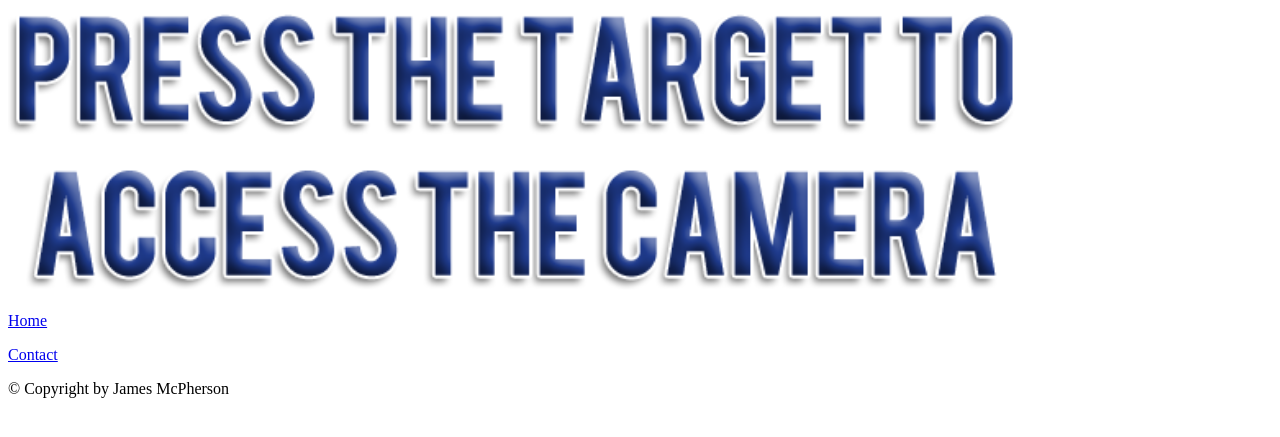
Repository: jemcphe/MDF3
Page: Week4 Project/Pictcha2/assets/www/index.html
These files come from the project's save history. The page is drawn as it stood at one moment and after the next save; the edit follows.
The browser window is 1280 px wide. The pictures show the whole page.

Above is the page before, as saved 2013-07-31 03:58:47.

After the next save:
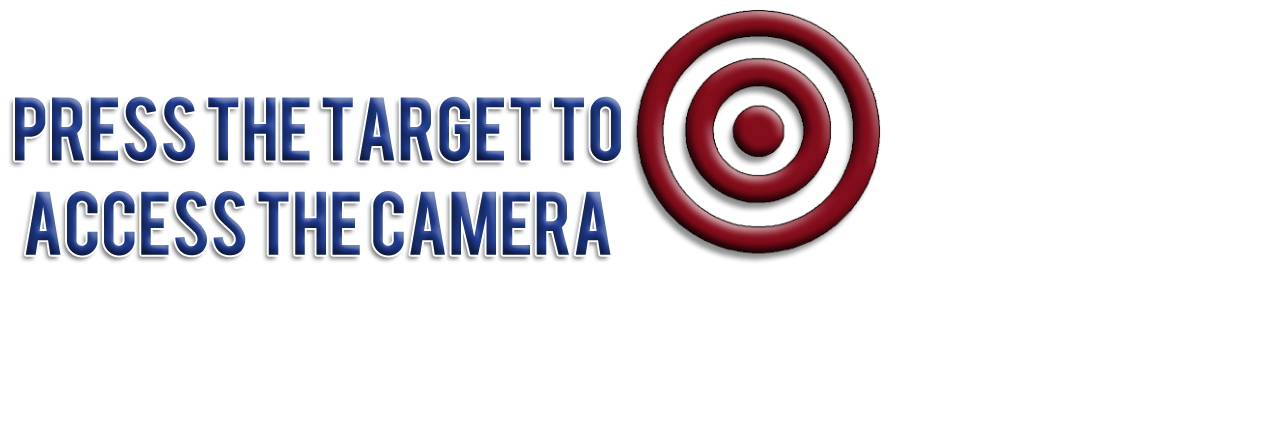
Saved 7 min 12 s later.
--- a/Week4 Project/Pictcha2/assets/www/index.html
+++ b/Week4 Project/Pictcha2/assets/www/index.html
@@ -11,22 +11,9 @@
 		<meta name="viewport" content="width=device-width; initial-scale=1.0" />
 	</head>
 	<body>
-		<img  src="text.png" alt="Press The Target To Access The Camera" width="80%" height="20%" />
 		<div>
-			<nav>
-				<p>
-					<a href="/">Home</a>
-				</p>
-				<p>
-					<a href="/contact">Contact</a>
-				</p>
-			</nav>
-			<div></div>
-			<footer>
-				<p>
-					&copy; Copyright  by James McPherson
-				</p>
-			</footer>
+			<img  src="text.png" alt="Press The Target To Access The Camera" maxWidth="400px" minWidth="250px" maxHeight="100px" minHeight="50px" />
+			<img  src="bullseye.png" alt="Target" width="20%" height="20%" />
 		</div>
 	</body>
 </html>
